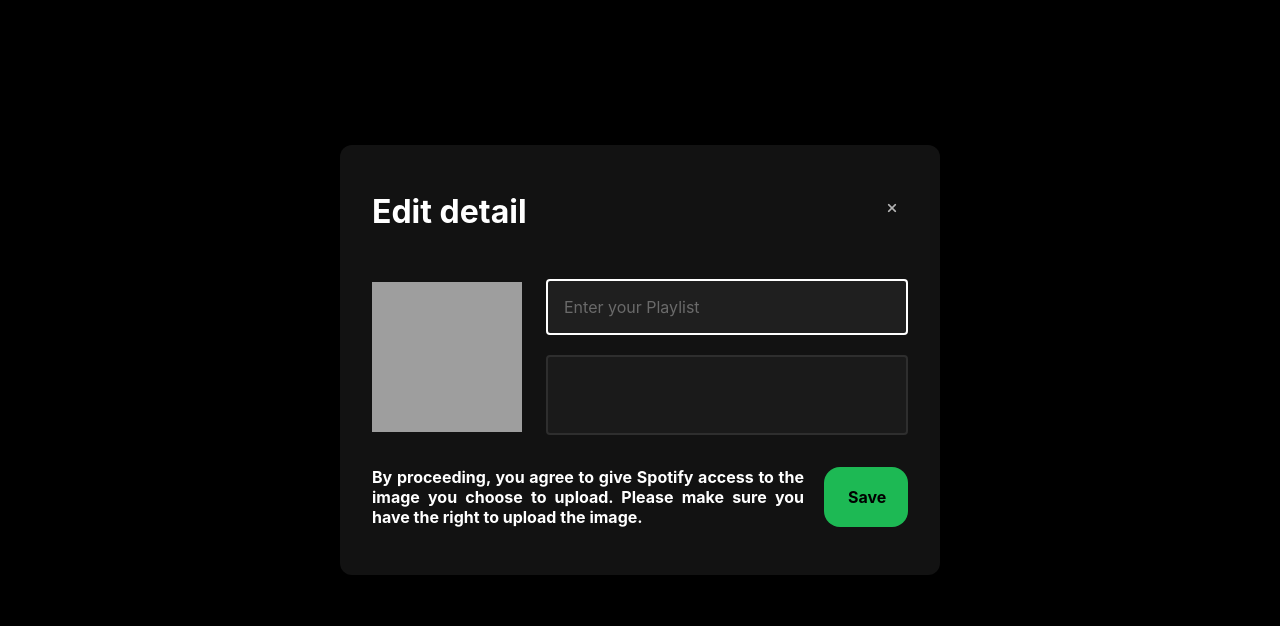
Repository: lannguyen1301/f8-zoom-module2
Page: nhap.html
The author's editor kept a copy of each file at every save. The page is drawn from the files as they stood at one save, then again after the next save.
The browser window is 1280 px wide. The pictures show the whole page.
Pictures or frames that could not be fetched are drawn as grey boxes.

Above is the page before, as saved 2025-08-15 23:59:36.

### nhap.html
<!DOCTYPE html>
<html lang="en">

<head>
    <meta charset="UTF-8" />
    <meta name="viewport" content="width=device-width, initial-scale=1.0" />
    <title>Đen - Spotify</title>
    <!-- Font Awesome CDN -->
    <link rel="stylesheet" href="https://cdnjs.cloudflare.com/ajax/libs/font-awesome/6.5.1/css/all.min.css" />
    <link rel="stylesheet" href="css/reset.css" />
    <link rel="stylesheet" href="css/variables.css" />
    <link rel="stylesheet" href="css/components.css" />
    <link rel="stylesheet" href="css/layout.css" />
    <link rel="stylesheet" href="css/tooltips.css" />
    <link rel="stylesheet" href="css/responsive.css" />
    <style>
        .modal-container.modal-content-edit {
            max-width: 600px;
        }

        .header-edit {
            display: flex;
            align-items: center;
            justify-content: space-between;
            margin-bottom: 48px;
            position: relative;
        }

        .modal-heading.header-edit-title {
            margin-bottom: 0;
        }

        .modal-close.modal-close-edit {
            position: absolute;
            top: 0;
            right: 0;


        }

        .auth-form-content.auth-form-group {
            display: flex;
            align-items: center;
            justify-content: space-between;
            flex-direction: row;
        }

        .edit-form-group {
            display: flex;
            flex: 1;
            /* align-items: center; */
            /* justify-content: center; */
            flex-direction: column;
            gap: 20px;
        }

        .profile-group {
            display: block;
            width: 150px;
            height: 150px;
            border-radius: 50%;
        }

        .profile-group .profile-img {
            display: block;
            width: 100%;
            height: 100%;
            object-fit: cover;
        }

        .input-profile {
            display: none;
        }

        .form-group .editor {
            height: auto;
            min-height: 80px;
            width: 100%;
            padding: var(--spacing-md);
            border: 2px solid var(--border-color);
            border-radius: var(--radius-sm);
            background-color: var(--bg-tertiary);
            color: var(--text-primary);
            font-size: 16px;
        }

        .editor::placeholder {
            color: var(--text-muted);
        }


        /* footer group */
        .footer-group {
            display: flex;
            gap: 20px;
        }

        .footer-group-desc {
            font-size: 16px;
            font-weight: bold;
            text-align: justify;
        }

        .auth-submit-btn.auth-footer-group {
            max-width: 84px;
        }
    </style>
</head>

<body>
    <div class="modal-overlay show" id="authModal">
        <div class="modal-container modal-content-edit">


            <div class="modal-content">
                <!-- <div class="modal-logo">
                    <i class="fab fa-spotify"></i>
                </div> -->

                <!-- Edit detail -->
                <div class="auth-form" id="signupForm" style="display: block;">
                    <div class="header-edit">
                        <h1 class="modal-heading header-edit-title">
                            Edit detail
                        </h1>
                        <button class="modal-close modal-close-edit" id="modalClose">
                            <i class="fas fa-times"></i>
                        </button>
                    </div>
                    <form class="auth-form-content auth-form-group">
                        <!-- Avatar -->
                        <div class="form-group">
                            <label for="profile" class="profile-group">
                                <img src="./assets/img/avatar-icon.png" alt="" class="profile-img">
                            </label>
                            <input type="file" name="profile" id="profile" class="input-profile" multiple required
                                accept="image/*" autofocus readonly>
                        </div>

                        <!-- My Playlist -->
                        <div class="edit-form-group">
                            <div class="form-group">
                                <!-- <label for="name">Display Name</label> -->
                                <input type="text" name="name" id="name" class="form-input" maxlength="20" minlength="5"
                                    pattern="[" size="30" placeholder="Enter your Playlist" autocomplete="on"
                                    spellcheck="false" autofocus="">
                            </div>

                            <!-- textarea -->
                            <div class="form-group">
                                <label for="editor" hidden>Nội dung</label>
                                <div id="editor" class="editor" contenteditable="" placeholder="Nhập nội dung..."
                                    name="content" oninput="content.innerHTML = this.innerHTML"></div>
                                <textarea id="content" name="content" hidden=""></textarea>
                            </div>
                        </div>

                    </form>
                    <div class="footer-group">
                        <p class="footer-group-desc">By proceeding, you agree to give Spotify access to the image
                            you choose to upload. Please
                            make sure you have the right to upload the image.</p>
                        <button type="submit" class="auth-submit-btn auth-footer-group">
                            Save
                        </button>
                    </div>
                </div>
            </div>
        </div>
    </div>
    <!-- <script src="main.js" type="module"></script> -->
    <!-- <script src="main.js" type="module"></script> -->
</body>

</html>

### css/reset.css
/* Reset CSS */
* {
    margin: 0;
    padding: 0;
    box-sizing: border-box;
}

html,
body {
    height: 100%;
    font-family: "Circular", -apple-system, BlinkMacSystemFont, "Segoe UI",
        Roboto, Oxygen, Ubuntu, Cantarell, sans-serif;
    background-color: var(--bg-primary);
    color: var(--text-primary);
    overflow: hidden;
}

button {
    border: none;
    background: none;
    cursor: pointer;
    font-family: inherit;
}

input {
    border: none;
    outline: none;
    font-family: inherit;
}

img {
    display: block;
    max-width: 100%;
    height: auto;
}

a {
    text-decoration: none;
    color: inherit;
}

ul,
ol {
    list-style: none;
}

/* Font Awesome icon base styles */
i {
    display: inline-block;
    font-style: normal;
}

### css/variables.css
/* CSS Variables */
:root {
    /* Colors */
    --bg-primary: #000000;
    --bg-secondary: #121212;
    --bg-tertiary: #1a1a1a;
    --bg-hover: #1f1f1f;
    --bg-active: #2a2a2a;

    --text-primary: #ffffff;
    --text-secondary: #b3b3b3;
    --text-muted: #6a6a6a;

    --accent-primary: #1db954;
    --accent-hover: #1ed760;
    --accent-active: #169c46;

    --border-color: #2e2e2e;
    --shadow: rgba(0, 0, 0, 0.5);

    /* Spacing */
    --spacing-xs: 4px;
    --spacing-sm: 8px;
    --spacing-md: 16px;
    --spacing-lg: 24px;
    --spacing-xl: 32px;
    --spacing-2xl: 48px;

    /* Border radius */
    --radius-sm: 4px;
    --radius-md: 8px;
    --radius-lg: 12px;
    --radius-xl: 16px;
    --radius-full: 50%;

    /* Transitions */
    --transition-fast: 0.15s ease;
    --transition-normal: 0.3s ease;
    --transition-slow: 0.5s ease;

    /* Z-index */
    --z-sidebar: 10;
    --z-header: 20;
    --z-player: 30;
    --z-modal: 40;
    --z-tooltip: 50;
}

### css/layout.css
/* Layout Styles */

.app-container {
    display: grid;
    grid-template-areas:
        "sidebar main"
        "player player";
    grid-template-columns: 280px 1fr;
    grid-template-rows: 1fr 72px;
    height: 100vh;
    gap: var(--spacing-sm);
    padding: var(--spacing-sm);
    background-color: var(--bg-primary);
}

/* Sidebar */
.sidebar {
    grid-area: sidebar;
    background-color: var(--bg-secondary);
    border-radius: var(--radius-md);
    padding: var(--spacing-lg);
    overflow-y: auto;
    z-index: var(--z-sidebar);
}

.sidebar-header {
    margin-bottom: var(--spacing-xl);
}

.logo i {
    font-size: 32px;
    color: var(--text-primary);
}

.sidebar-nav {
    display: flex;
    flex-direction: column;
    gap: var(--spacing-md);
}

.nav-section {
    display: flex;
    align-items: center;
    justify-content: space-between;
    margin-bottom: var(--spacing-md);
}

.nav-section .section-title {
    font-size: 16px;
    font-weight: 700;
    color: var(--text-secondary);
}

.nav-tabs {
    display: flex;
    gap: var(--spacing-sm);
    margin-bottom: var(--spacing-md);
}

.library-content {
    display: flex;
    flex-direction: column;
    gap: var(--spacing-xs);
}

/* Main Content */
.main-content {
    grid-area: main;
    background: linear-gradient(
        to bottom,
        #535353 0%,
        var(--bg-secondary) 250px
    );
    border-radius: var(--radius-md);
    display: flex;
    flex-direction: column;
    overflow: hidden;
}

.main-header {
    display: flex;
    align-items: center;
    justify-content: space-between;
    padding: var(--spacing-md) var(--spacing-lg);
    background-color: transparent;
    z-index: var(--z-header);
}

.search-container {
    flex: 1;
    display: flex;
    justify-content: flex-start;
    max-width: 420px;
}

.header-actions {
    display: flex;
    align-items: center;
    gap: var(--spacing-lg);
}

.auth-buttons {
    display: none;
    align-items: center;
    gap: var(--spacing-md);
}

.auth-buttons.show {
    display: flex;
}

.user-info {
    display: flex;
    align-items: center;
    /* justify-content: center; */
    gap: 8px;
}

.user-info.show {
    display: flex;
}

.content-wrapper {
    flex: 1;
    padding: 0 var(--spacing-lg) var(--spacing-lg);
    overflow-y: auto;
}

/* Player */
.player {
    grid-area: player;
    background-color: var(--bg-secondary);
    border-radius: var(--radius-md);
    padding: var(--spacing-md) var(--spacing-lg);
    display: flex;
    align-items: center;
    justify-content: space-between;
    z-index: var(--z-player);
    border-top: 1px solid var(--border-color);
}

.player-left {
    display: flex;
    align-items: center;
    gap: var(--spacing-md);
    min-width: 0;
    flex: 1;
    max-width: 300px;
}

.player-image {
    width: 56px;
    height: 56px;
    border-radius: var(--radius-sm);
    object-fit: cover;
}

.player-info {
    min-width: 0;
    flex: 1;
}

.player-title {
    font-size: 14px;
    font-weight: 400;
    color: var(--text-primary);
    white-space: nowrap;
    overflow: hidden;
    text-overflow: ellipsis;
    margin-bottom: 2px;
}

.player-artist {
    font-size: 11px;
    color: var(--text-secondary);
    white-space: nowrap;
    overflow: hidden;
    text-overflow: ellipsis;
}

.player-center {
    display: flex;
    flex-direction: column;
    align-items: center;
    gap: var(--spacing-sm);
    flex: 2;
    max-width: 722px;
}

.player-controls {
    display: flex;
    align-items: center;
    gap: var(--spacing-md);
}

.progress-container {
    display: flex;
    align-items: center;
    gap: var(--spacing-md);
    width: 100%;
}

.progress-bar {
    flex: 1;
}

.time {
    font-size: 11px;
    color: var(--text-secondary);
    min-width: 40px;
    text-align: center;
    font-weight: 400;
}

.player-right {
    display: flex;
    align-items: center;
    gap: var(--spacing-md);
    flex: 1;
    justify-content: flex-end;
    max-width: 300px;
}

.volume-container {
    display: flex;
    align-items: center;
    gap: var(--spacing-sm);
}

.volume-bar {
    width: 93px;
}

/* Scrollbar styling */
::-webkit-scrollbar {
    width: 12px;
}

::-webkit-scrollbar-track {
    background: transparent;
}

::-webkit-scrollbar-thumb {
    background: var(--bg-tertiary);
    border-radius: 6px;
    border: 2px solid transparent;
    background-clip: content-box;
}

::-webkit-scrollbar-thumb:hover {
    background: var(--bg-hover);
    background-clip: content-box;
}

### css/tooltips.css
.control-btn .tooltiptext {
    visibility: hidden;
    width: 120px;
    background-color: #555;
    color: #fff;
    text-align: center;
    border-radius: 6px;
    padding: 5px 0;
    position: absolute;
    z-index: 1;
    bottom: 125%;
    left: 50%;
    margin-left: -60px;
    opacity: 0;
    transition: opacity 0.3s;
}

.control-btn .tooltiptext::after {
    content: "";
    position: absolute;
    top: 100%;
    left: 50%;
    margin-left: -5px;
    border-width: 5px;
    border-style: solid;
    border-color: #555 transparent transparent transparent;
}

.control-btn:hover .tooltiptext {
    visibility: visible;
    opacity: 1;
}

### css/responsive.css
/* Responsive Styles */

/* Large Desktop */
@media (min-width: 1200px) {
    .artist-name {
        font-size: 96px;
    }

    .track-item {
        grid-template-columns: 16px 40px 4fr 1fr auto auto auto;
    }
}

/* Desktop */
@media (max-width: 1199px) and (min-width: 1024px) {
    .artist-name {
        font-size: 72px;
    }

    .track-item {
        grid-template-columns: 16px 40px 3fr 1fr auto auto auto;
    }
}

/* Tablet */
@media (max-width: 1023px) and (min-width: 768px) {
    .app-container {
        grid-template-columns: 240px 1fr;
    }

    .sidebar {
        padding: var(--spacing-md);
    }

    .artist-name {
        font-size: 48px;
    }

    .artist-hero {
        height: 280px;
    }

    .hero-content {
        bottom: var(--spacing-md);
        left: var(--spacing-md);
    }

    .track-item {
        grid-template-columns: 16px 40px 2fr auto auto auto;
        gap: var(--spacing-sm);
    }

    .track-plays {
        display: none;
    }

    .player-center {
        flex: 1.5;
    }

    .search-container {
        max-width: 300px;
    }
}

/* Mobile */
@media (max-width: 767px) {
    .app-container {
        grid-template-areas:
            "main"
            "player";
        grid-template-columns: 1fr;
        grid-template-rows: 1fr 72px;
        gap: 0;
        padding: 0;
    }

    .sidebar {
        display: none;
    }

    .main-content {
        border-radius: 0;
    }

    .main-header {
        padding: var(--spacing-md);
        flex-wrap: wrap;
        gap: var(--spacing-md);
    }

    .header-left {
        order: 1;
        flex: 0 0 auto;
    }

    .search-container {
        order: 3;
        flex: 1 1 100%;
        max-width: none;
    }

    .search-box {
        width: 100%;
    }

    .search-input {
        min-width: auto;
    }

    .artist-hero {
        height: 200px;
        margin: 0 -16px var(--spacing-md) -16px;
    }

    .hero-content {
        bottom: var(--spacing-sm);
        left: var(--spacing-sm);
    }

    .artist-name {
        font-size: 32px;
    }

    .monthly-listeners {
        font-size: 14px;
    }

    .content-wrapper {
        padding: 0 var(--spacing-md) var(--spacing-md);
    }

    .artist-controls {
        gap: var(--spacing-md);
        margin-bottom: var(--spacing-lg);
    }

    .play-btn-large {
        width: 48px;
        height: 48px;
    }

    .play-btn-large i {
        font-size: 20px;
    }

    .player-left {
        display: none;
    }

    .track-item {
        grid-template-columns: 16px 40px 1fr auto auto;
        gap: var(--spacing-sm);
        padding: var(--spacing-sm);
    }

    .track-plays {
        display: none;
    }

    .track-menu-btn {
        display: none;
    }

    .section-title {
        font-size: 20px;
    }

    .player {
        border-radius: 0;
        padding: var(--spacing-md);
        border-top: 1px solid var(--border-color);
    }

    .player-left {
        flex: 0 0 auto;
        min-width: 120px;
        max-width: 150px;
    }

    .player-image {
        width: 48px;
        height: 48px;
    }

    .player-info {
        max-width: 100px;
    }

    .player-title {
        font-size: 12px;
    }

    .player-artist {
        font-size: 10px;
    }

    .player-center {
        flex: 1;
        max-width: none;
    }

    .player-controls {
        gap: var(--spacing-sm);
    }

    .control-btn {
        width: 28px;
        height: 28px;
    }

    .control-btn i {
        font-size: 14px;
    }

    .play-btn {
        width: 32px;
        height: 32px;
    }

    .play-btn i {
        font-size: 14px;
    }

    .player-right {
        flex: 0 0 auto;
        gap: var(--spacing-sm);
        max-width: 120px;
    }

    .volume-container {
        display: none;
    }

    .progress-container {
        gap: var(--spacing-sm);
    }

    .time {
        font-size: 10px;
        min-width: 32px;
    }

    .pip-btn {
        display: none;
    }
}

/* Small Mobile */
@media (max-width: 480px) {
    .artist-name {
        font-size: 28px;
    }

    .verified-badge {
        font-size: 12px;
    }

    .verified-badge i {
        font-size: 14px;
    }

    .track-item {
        grid-template-columns: 16px 32px 1fr auto;
        gap: var(--spacing-xs);
    }

    .track-image img {
        width: 32px;
        height: 32px;
    }

    .track-name {
        font-size: 14px;
    }

    .track-duration {
        font-size: 12px;
    }

    .like-btn {
        display: none;
    }

    .player-left {
        min-width: 100px;
        max-width: 120px;
    }

    .player-info {
        max-width: 80px;
    }

    .player-right .control-btn:not(:nth-child(2)) {
        display: none;
    }

    .following-btn {
        font-size: 12px;
        padding: var(--spacing-xs) var(--spacing-sm);
    }
}

/* Hover states for touch devices */
@media (hover: none) {
    .like-btn,
    .track-menu-btn {
        opacity: 1;
    }

    .progress-handle,
    .volume-handle {
        opacity: 1;
    }
}

/* High DPI displays */
@media (-webkit-min-device-pixel-ratio: 2), (min-resolution: 192dpi) {
    .hero-image {
        image-rendering: -webkit-optimize-contrast;
        image-rendering: crisp-edges;
    }
}

/* Reduced motion */
@media (prefers-reduced-motion: reduce) {
    * {
        animation-duration: 0.01ms !important;
        animation-iteration-count: 1 !important;
        transition-duration: 0.01ms !important;
    }
}

/* Print styles */
@media print {
    .app-container {
        display: block;
    }

    .sidebar,
    .player {
        display: none;
    }

    .main-content {
        border-radius: 0;
        background: white;
        color: black;
    }

    .hero-overlay {
        display: none;
    }
}

Loaded but not shown: css/components.css (1104 lines, source omitted)

After the next save:
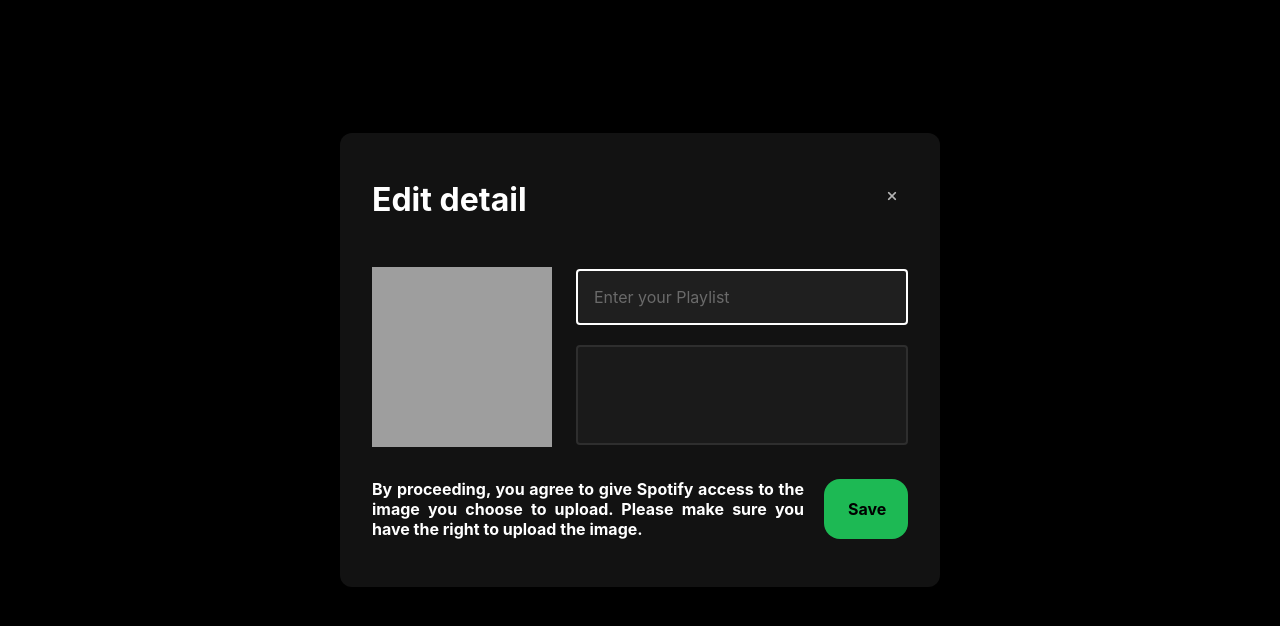
Saved 77 s later.
--- a/nhap.html
+++ b/nhap.html
@@ -56,8 +56,8 @@
 
         .profile-group {
             display: block;
-            width: 150px;
-            height: 150px;
+            width: 180px;
+            height: 180px;
             border-radius: 50%;
         }
 
@@ -74,7 +74,7 @@
 
         .form-group .editor {
             height: auto;
-            min-height: 80px;
+            min-height: 100px;
             width: 100%;
             padding: var(--spacing-md);
             border: 2px solid var(--border-color);
